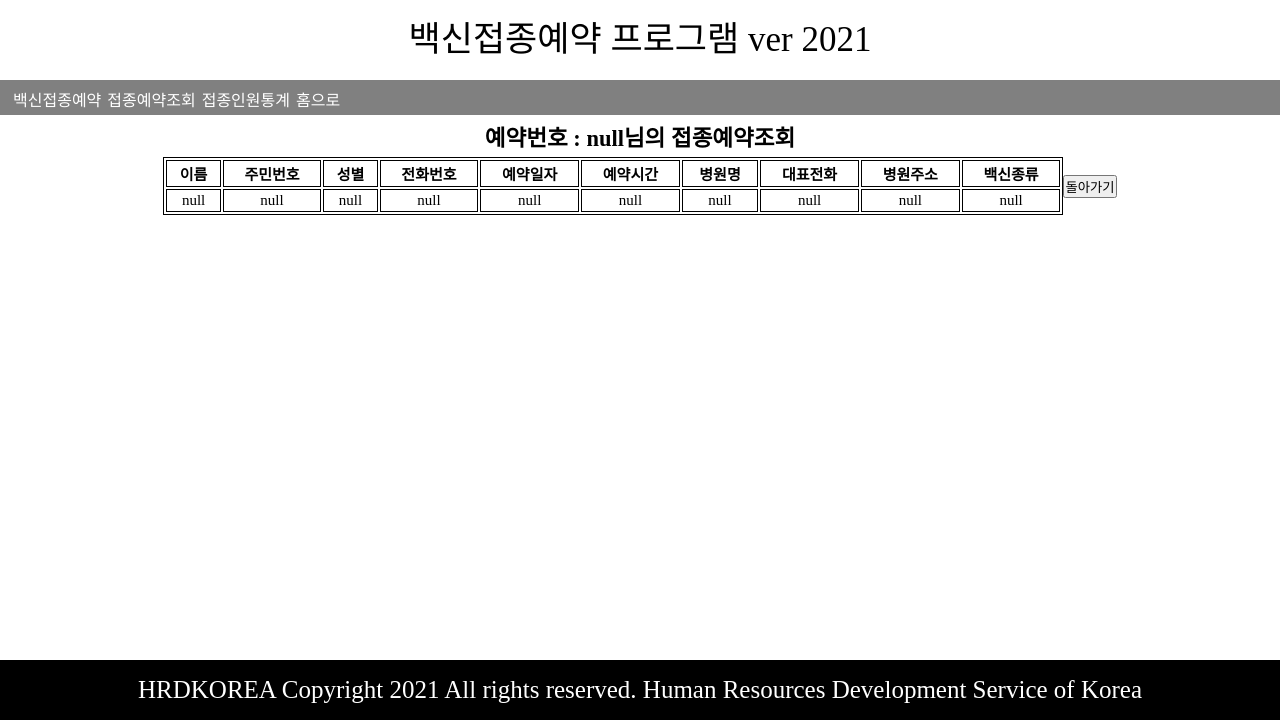
Repository: Up-Min/hrdkorea
Page: http://localhost/cbq_5678/watch
An editor plug-in stored every save of this project. The page is shown before and after the next save, followed by the edit.
The browser window is 1280 px wide. The pictures show the whole page.
The page is served by Tomcat 9. Queries for data that is not in the repository find no rows.

Above is the page before, as saved 2022-12-23 05:20:39.

After the next save:
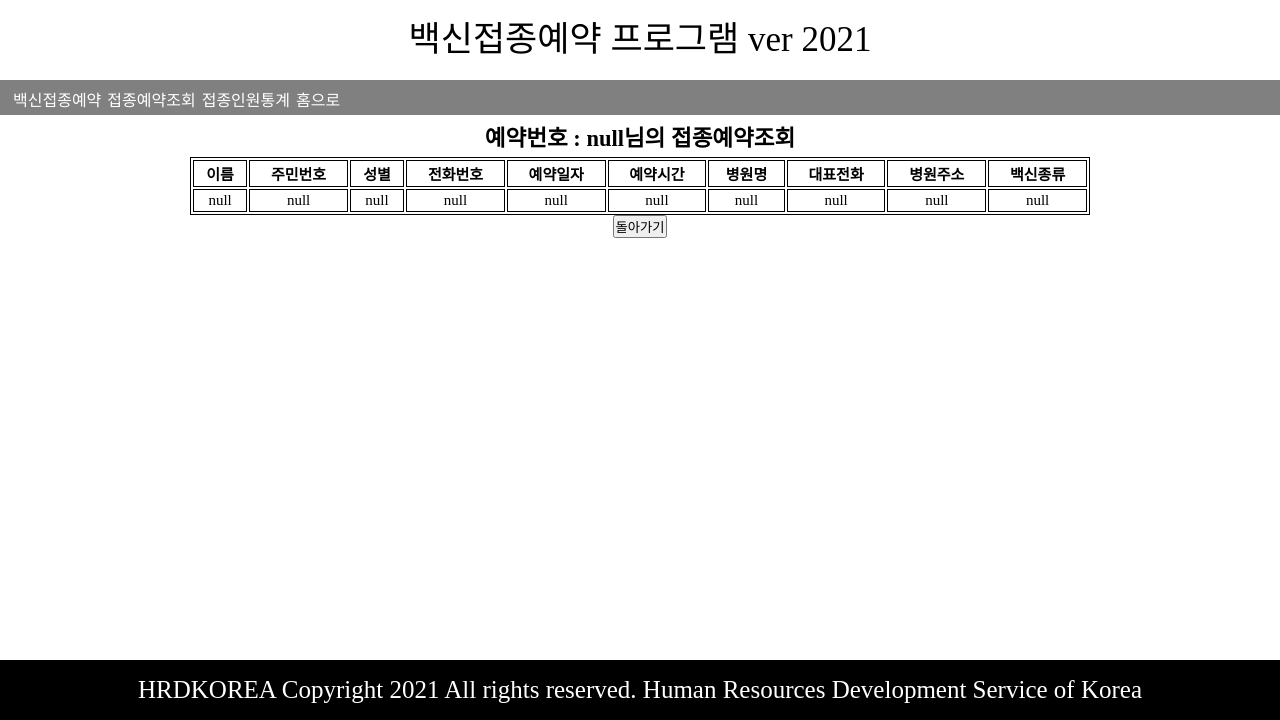
Saved 2 min 26 s later.
--- a/cbq_5678/src/main/webapp/watch.jsp
+++ b/cbq_5678/src/main/webapp/watch.jsp
@@ -52,8 +52,9 @@
 		</table>
 
 		<br>
+		<br>
+		</div>
 		<button class = "btn" type="reset" onclick = "fn_reset(); location : 'look'">돌아가기</button>
-		</div>
 
 	</section>
 	<%@ include file =  "Footer.jsp" %>
